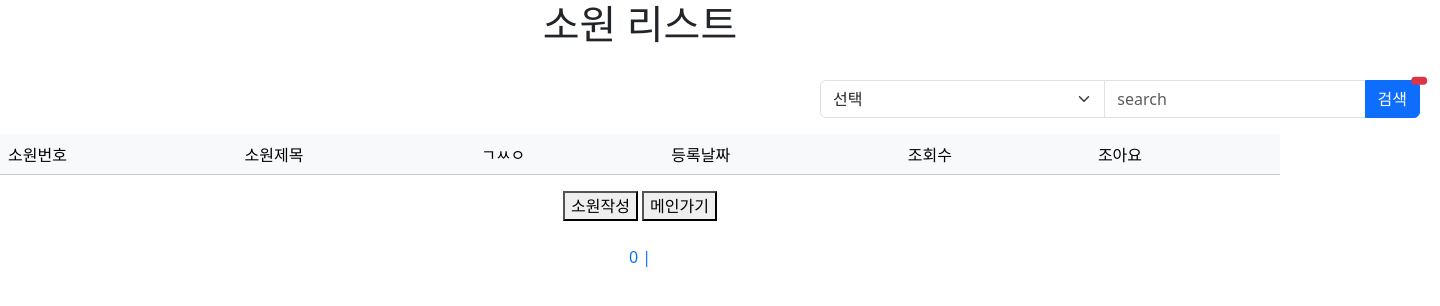
Repository: sujeong1799/JSP
Page: http://localhost/java_study/board/list.jsp
The author's editor kept a copy of each file at every save. The page is drawn from the files as they stood at one save, then again after the next save.
The browser window is 1280 px wide. The page is 1440 px wide, then 1280 px, so the pictures cover 1440 px, including what lies to the right of the window. The pictures show the whole page.
The page is served by Tomcat 9. The template is opened directly, without the code that normally fills it, so the values that code supplies are empty.

Above is the page before, as saved 2023-05-24 07:23:01.

After the next save:
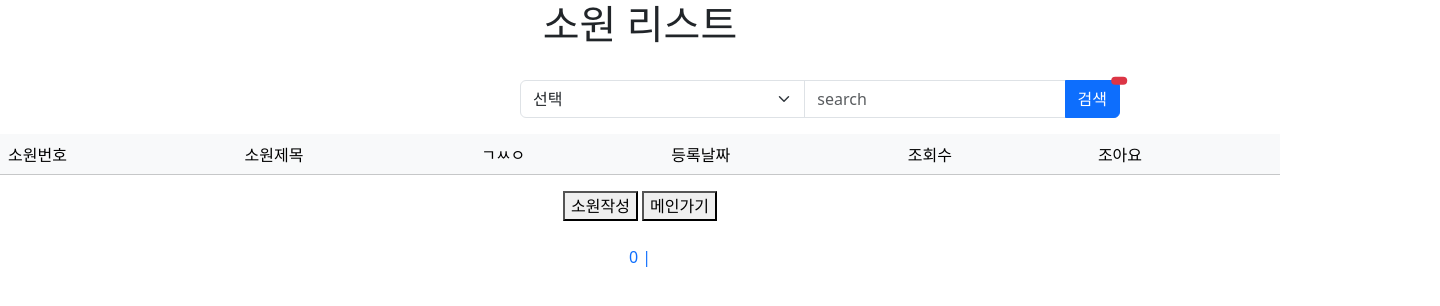
Saved 10 s later.
--- a/jsp_project3-1/java_study/src/main/webapp/board/list.jsp
+++ b/jsp_project3-1/java_study/src/main/webapp/board/list.jsp
@@ -16,7 +16,7 @@
 	<h1 align="center">소원 리스트</h1>
 	<br>
 	<!-- 검색라인 -->
-	<div class="col-sm-12 col-md-6" style="margin-left: 800px" align="center">
+	<div class="col-sm-12 col-md-6" style="margin-left: 500px" align="center">
 		<form action="/brd/page" method="post">
 			<div class="input-group mb-3" style="width: 600px">
 				<!-- var이름은 마음대로 설정해도 됨 -->
